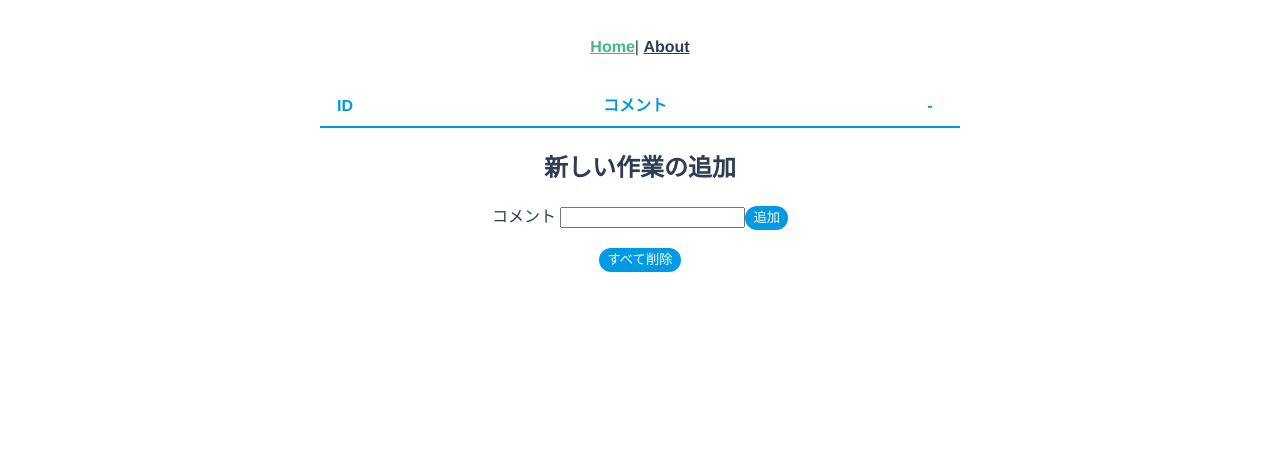
Repository: hiyacins/uma_study
Page: / (app in LESSON2b/test/frontend/)
The author's editor kept a copy of each file at every save. The page is drawn from the files as they stood at one save, then again after the next save.
The browser window is 1280 px wide. The pictures show the whole page.
The page's requests for data from a server got no answer. The project was rebuilt for these pictures with package versions that can differ from the ones it lists, and the page was loaded fresh each time. No one was signed in, and anything a server would have sent is missing. Also part of the build but not shown: LESSON2b/test/frontend/vue.config.js.

Above is the page before, as saved 2020-06-09 23:57:25.

### LESSON2b/test/frontend/src/App.vue
<template>
  <div id="app">
    <div id="nav">
      <router-link to="/">Home</router-link>|
      <router-link to="/about">About</router-link>
    </div>
    <router-view />
  </div>
</template>

<style>
#app {
  font-family: Avenir, Helvetica, Arial, sans-serif;
  -webkit-font-smoothing: antialiased;
  -moz-osx-font-smoothing: grayscale;
  text-align: center;
  color: #2c3e50;
}

#nav {
  padding: 30px;
}

#nav a {
  font-weight: bold;
  color: #2c3e50;
}

#nav a.router-link-exact-active {
  color: #42b983;
}
</style>

### LESSON2b/test/frontend/src/router/index.js
import Vue from "vue";
import VueRouter from "vue-router";
import Home from "../views/Home.vue";

Vue.use(VueRouter);

const routes = [
  {
    path: "/",
    name: "Home",
    component: Home,
  },
  {
    path: "/about",
    name: "About",
    // route level code-splitting
    // this generates a separate chunk (about.[hash].js) for this route
    // which is lazy-loaded when the route is visited.
    component: () =>
      import(/* webpackChunkName: "about" */ "../views/About.vue"),
  },
  {
    path: "/login",
    name: "login",
    component: () => import("../views/login.vue"),
  },
];

const router = new VueRouter({
  mode: "history",
  base: process.env.BASE_URL,
  routes,
});

export default router;

### LESSON2b/test/frontend/src/views/Home.vue
<template>
  <div id="todoapp">
    <!--ここにテンプレートを書く-->
    <table>
      <!-- テーブルヘッダー -->
      <thead>
        <tr>
          <th class="id">ID</th>
          <th class="comment">コメント</th>
          <th class="button">-</th>
        </tr>
      </thead>
      <tbody>
        <!-- ここに<tr>でToDoの要素を1行ずつ繰り返し表示したい-->
        <tr v-for="entry in entries" v-bind:key="entry.id">
          <!-- 要素の情報 -->
          <th>{{ entry.id }}</th>
          <td>{{ entry.comment }}</td>
          <td class="button">
            <!-- 削除ボタン -->
            <button v-on:click="doRemove(entry)">削除</button>
          </td>
        </tr>
      </tbody>
    </table>

    <h2>新しい作業の追加</h2>
    <form class="add-form" v-on:submit.prevent="doAdd">
      <!-- コメント入力フォーム -->
      コメント
      <input v-model="comment" type="text" name="comment" ref="comment" />
      <!-- 追加ボタン -->
      <button type="submit">追加</button>
    </form>
    <br />
    <form class="add-form">
      <!-- 削除ボタン -->
      <button v-on:click="doRemove(entries)">すべて削除</button>
    </form>
  </div>
</template>

<script>
import axios from "axios";
export default {
  name: "todoapp",
  data() {
    return {
      // -- 使用するデータを書く
      // ToDoリストデータ用のカラ配列をdataオプションに登録する。
      entries: [],
      // ToDoリストのid初期化
      id: 1,
    };
  },
  created() {
    // const entries = [{ id: 203, comment: "こくご" }];
    axios.get("http://127.0.0.1:5000/").then((res) => {
      // this.entries = res.data;
      console.log(res);
    });
  },
  methods: {
    // -- 使用するメソッドはここへ
    // ToDoリスト追加の処理
    doAdd(event, value) {
      // ref で名前を付けておいた要素を参照
      var comment = this.$refs.comment;
      // 入力がなければ何もしないで return
      if (!comment.value.length) {
        return;
      }
      // todos リストへ pushする。
      // 例：{ 新しいID, コメント }
      this.entries.push({
        id: this.id++,
        comment: comment.value,
      });
      var posting = {
        id: this.id,
        comment: this.comment,
      };
      axios.post("http://127.0.0.1:5000/add", posting).then(function(res) {
        // console.log(res.data.id);
        // console.log(res.data.comment);
        // フォーム要素を空にする
        comment.value = "";
      });
    },
    // ToDoリスト削除の処理
    doRemove(entry) {
      var index = this.entries.indexOf(entry);
      this.entries.splice(index, 1);
      var posting = {
        id: this.id,
        comment: this.comment,
      };
      axios
        .post("http://127.0.0.1:5000/delete/<int:id>", posting)
        .then(function(res) {
          console.log(res.data.id);
          console.log(res.data.entries);
        });
    },
  },
};
</script>
<style>
* {
  box-sizing: border-box;
}

#app {
  max-width: 640px;
  margin: 0 auto;
}

table {
  width: 100%;
  border-collapse: collapse;
}

thead th {
  border-bottom: 2px solid #0099e4;
  /*#d31c4a */
  color: #0099e4;
}

th,
th {
  padding: 0 8px;
  line-height: 40px;
}

thead th.id {
  width: 50px;
}

thead th.state {
  width: 100px;
}

thead th.button {
  width: 60px;
}

tbody td.button,
tbody td.state {
  text-align: center;
}

tbody tr td,
tbody tr th {
  border-bottom: 1px solid #ccc;
  transition: all 0.4s;
}

tbody tr.done td,
tbody tr.done th {
  background: #f8f8f8;
  color: #bbb;
}

tbody tr:hover td,
tbody tr:hover th {
  background: #f4fbff;
}

button {
  border: none;
  border-radius: 20px;
  line-height: 24px;
  padding: 0 8px;
  background: #0099e4;
  color: #fff;
  cursor: pointer;
}
.div {
  background: rgb(175, 175, 175);
}
</style>

Loaded but not shown: LESSON2b/test/frontend/public/index.html (common file); LESSON2b/test/frontend/src/main.js (common file)

After the next save:
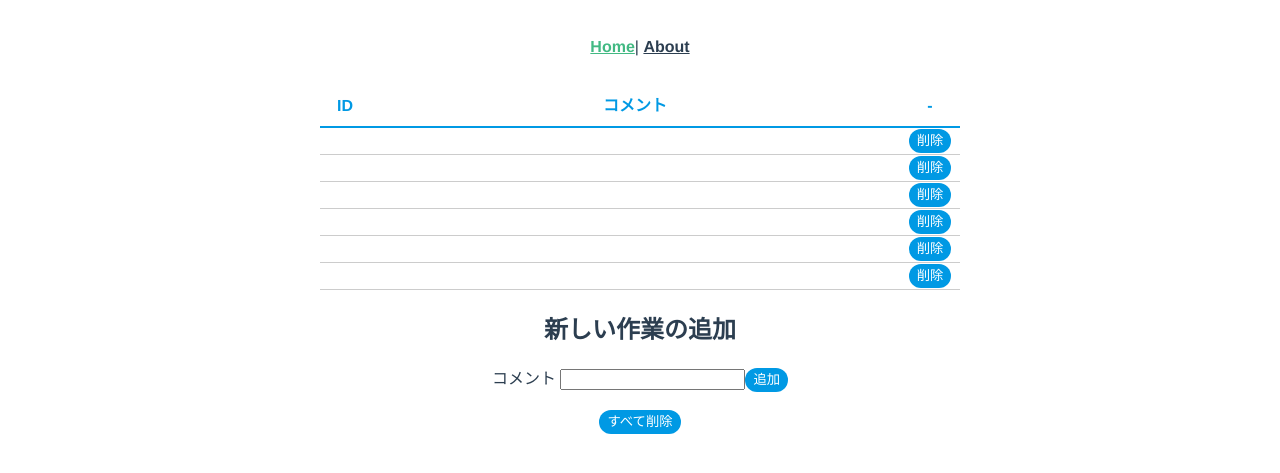
Saved 9 min 18 s later.
--- a/LESSON2b/test/frontend/src/views/Home.vue
+++ b/LESSON2b/test/frontend/src/views/Home.vue
@@ -54,9 +54,8 @@
     };
   },
   created() {
-    // const entries = [{ id: 203, comment: "こくご" }];
     axios.get("http://127.0.0.1:5000/").then((res) => {
-      // this.entries = res.data;
+      this.entries = res;
       console.log(res);
     });
   },

After the save that followed:
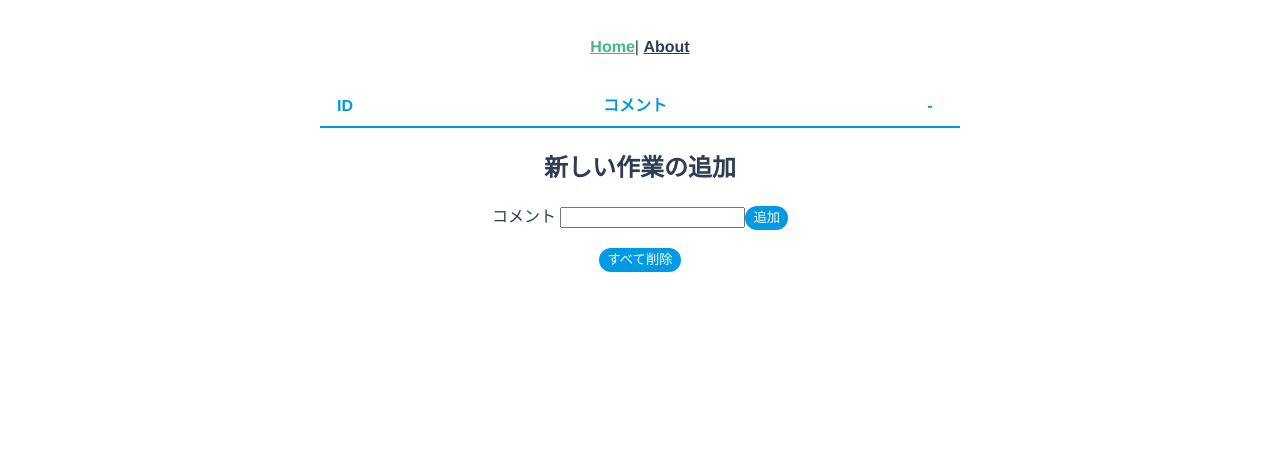
Saved 2 min 55 s later.
--- a/LESSON2b/test/frontend/src/views/Home.vue
+++ b/LESSON2b/test/frontend/src/views/Home.vue
@@ -54,7 +54,7 @@
     };
   },
   created() {
-    axios.get("http://127.0.0.1:5000/").then((res) => {
+    axios.get("http://127.0.0.1:5000/getjson").then((res) => {
       this.entries = res;
       console.log(res);
     });
